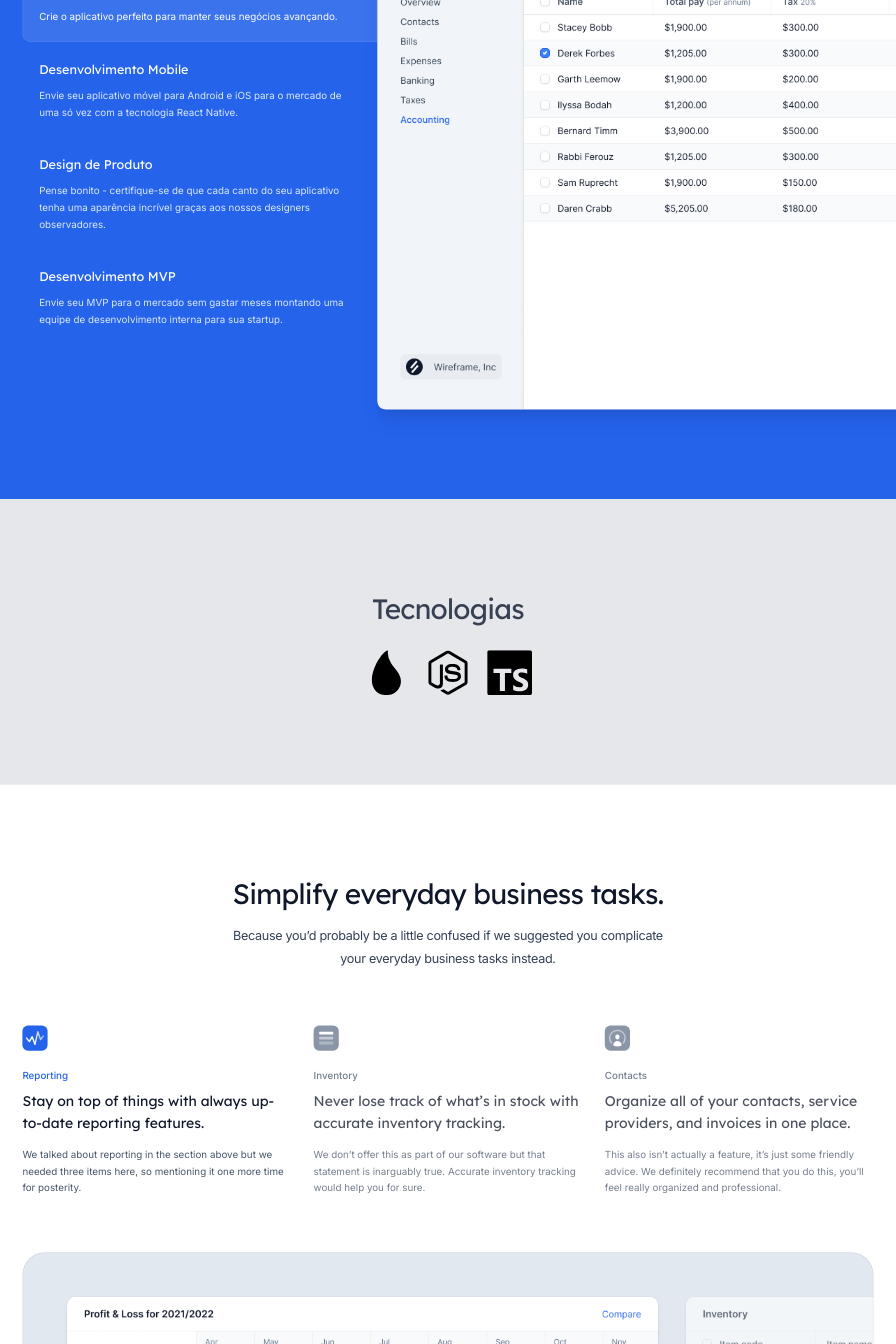
Repository: LuisSempre/imaginative
Page: /
These files come from the project's save history. The page is drawn as it stood at one moment and after the next save; the edit follows.
The browser window is 1280 px wide. The pictures show the part of the page from y = 2350 to 4270 px (the page is 10326 px tall), at 70% of full size.
The project was rebuilt for these pictures with package versions that can differ from the ones it lists, and the page was loaded fresh each time. The framework's server and built-in components were replaced by stand-ins that run in the browser. Also part of the build but not shown: next.config.js.

Above is the page before, as saved 2022-07-15 11:22:56.

### src/pages/index.jsx
import Head from 'next/head'

import { CallToAction } from '@/components/CallToAction'
import { Faqs } from '@/components/Faqs'
import { Footer } from '@/components/Footer'
import { Header } from '@/components/Header'
import { Hero } from '@/components/Hero'
import { Contact } from '@/components/Contact'
import { PrimaryFeatures } from '@/components/PrimaryFeatures'
import { SecondaryFeatures } from '@/components/SecondaryFeatures'
import { Testimonials } from '@/components/Testimonials'
import { Tecnology } from '@/components/Tecnology'

export default function Home() {
  return (
    <>
      <Head>
        <title>TaxPal - Accounting made simple for small businesses</title>
        <meta
          name="description"
          content="Most bookkeeping software is accurate, but hard to use. We make the opposite trade-off, and hope you don’t get audited."
        />
      </Head>
      <Header />
      <main>
        <Hero />
        <PrimaryFeatures />
        <Tecnology />
        <SecondaryFeatures />
        <CallToAction />
        <Testimonials />
        <Contact />
        <Faqs />
      </main>
      <Footer />
    </>
  )
}

### src/components/CallToAction.jsx
import Image from 'next/future/image'

import { Button } from '@/components/Button'
import { Container } from '@/components/Container'
import backgroundImage from '@/images/background-call-to-action.jpg'

export function CallToAction() {
  return (
    <section
      id="get-started-today"
      className="relative overflow-hidden bg-blue-600 py-32"
    >
      <Image
        className="absolute top-1/2 left-1/2 max-w-none -translate-x-1/2 -translate-y-1/2"
        src={backgroundImage}
        alt=""
        width={2347}
        height={1244}
        unoptimized
      />
      <Container className="relative">
        <div className="mx-auto max-w-lg text-center">
          <h2 className="font-display text-3xl tracking-tight text-white sm:text-4xl">
            Get started today
          </h2>
          <p className="mt-4 text-lg tracking-tight text-white">
            It’s time to take control of your books. Buy our software so you can
            feel like you’re doing something productive.
          </p>
          <Button href="/register" color="white" className="mt-10">
            Get 6 months free
          </Button>
        </div>
      </Container>
    </section>
  )
}

### src/components/Faqs.jsx
import Image from 'next/future/image'

import { Container } from '@/components/Container'
import backgroundImage from '@/images/background-faqs.jpg'

const faqs = [
  [
    {
      question: 'Does TaxPal handle VAT?',
      answer:
        'Well no, but if you move your company offshore you can probably ignore it.',
    },
    {
      question: 'Can I pay for my subscription via purchase order?',
      answer: 'Absolutely, we are happy to take your money in all forms.',
    },
    {
      question: 'How do I apply for a job at TaxPal?',
      answer:
        'We only hire our customers, so subscribe for a minimum of 6 months and then let’s talk.',
    },
  ],
  [
    {
      question: 'What was that testimonial about tax fraud all about?',
      answer:
        'TaxPal is just a software application, ultimately your books are your responsibility.',
    },
    {
      question:
        'TaxPal sounds horrible but why do I still feel compelled to purchase?',
      answer:
        'This is the power of excellent visual design. You just can’t resist it, no matter how poorly it actually functions.',
    },
    {
      question:
        'I found other companies called TaxPal, are you sure you can use this name?',
      answer:
        'Honestly not sure at all. We haven’t actually incorporated or anything, we just thought it sounded cool and made this website.',
    },
  ],
  [
    {
      question: 'How do you generate reports?',
      answer:
        'You just tell us what data you need a report for, and we get our kids to create beautiful charts for you using only the finest crayons.',
    },
    {
      question: 'Can we expect more inventory features?',
      answer: 'In life it’s really better to never expect anything at all.',
    },
    {
      question: 'I lost my password, how do I get into my account?',
      answer:
        'Send us an email and we will send you a copy of our latest password spreadsheet so you can find your information.',
    },
  ],
]

export function Faqs() {
  return (
    <section
      id="faq"
      aria-labelledby="faq-title"
      className="relative overflow-hidden bg-slate-50 py-20 sm:py-32"
    >
      <Image
        className="absolute top-0 left-1/2 max-w-none translate-x-[-30%] -translate-y-1/4"
        src={backgroundImage}
        alt=""
        width={1558}
        height={946}
        unoptimized
      />
      <Container className="relative">
        <div className="mx-auto max-w-2xl lg:mx-0">
          <h2
            id="faq-title"
            className="font-display text-3xl tracking-tight text-slate-900 sm:text-4xl"
          >
            Frequently asked questions
          </h2>
          <p className="mt-4 text-lg tracking-tight text-slate-700">
            If you can’t find what you’re looking for, email our support team
            and if you’re lucky someone will get back to you.
          </p>
        </div>
        <ul
          role="list"
          className="mx-auto mt-16 grid max-w-2xl grid-cols-1 gap-8 lg:max-w-none lg:grid-cols-3"
        >
          {faqs.map((column, columnIndex) => (
            <li key={columnIndex}>
              <ul role="list" className="flex flex-col gap-y-8">
                {column.map((faq, faqIndex) => (
                  <li key={faqIndex}>
                    <h3 className="font-display text-lg leading-7 text-slate-900">
                      {faq.question}
                    </h3>
                    <p className="mt-4 text-sm text-slate-700">{faq.answer}</p>
                  </li>
                ))}
              </ul>
            </li>
          ))}
        </ul>
      </Container>
    </section>
  )
}

### src/components/Footer.jsx
import Link from 'next/link'

import { Container } from '@/components/Container'
import { Logo } from '@/components/Logo'
import { NavLink } from '@/components/NavLink'

export function Footer() {
  return (
    <footer className="bg-slate-50">
      <Container>
        <div className="py-16">
          <Logo className="mx-auto h-10 w-auto" />
          <nav className="mt-10 text-sm" aria-label="quick links">
            <div className="-my-1 flex justify-center gap-x-6">
              <NavLink href="#features">Features</NavLink>
              <NavLink href="#testimonials">Testimonials</NavLink>
              <NavLink href="#pricing">Pricing</NavLink>
            </div>
          </nav>
        </div>
        <div className="flex flex-col items-center border-t border-slate-400/10 py-10 sm:flex-row-reverse sm:justify-between">
          <div className="flex gap-x-6">
            <Link
              href="https://twitter.com"
              className="group"
              aria-label="TaxPal on Twitter"
            >
              <svg
                aria-hidden="true"
                className="h-6 w-6 fill-slate-500 group-hover:fill-slate-700"
              >
                <path d="M8.29 20.251c7.547 0 11.675-6.253 11.675-11.675 0-.178 0-.355-.012-.53A8.348 8.348 0 0 0 22 5.92a8.19 8.19 0 0 1-2.357.646 4.118 4.118 0 0 0 1.804-2.27 8.224 8.224 0 0 1-2.605.996 4.107 4.107 0 0 0-6.993 3.743 11.65 11.65 0 0 1-8.457-4.287 4.106 4.106 0 0 0 1.27 5.477A4.073 4.073 0 0 1 2.8 9.713v.052a4.105 4.105 0 0 0 3.292 4.022 4.093 4.093 0 0 1-1.853.07 4.108 4.108 0 0 0 3.834 2.85A8.233 8.233 0 0 1 2 18.407a11.615 11.615 0 0 0 6.29 1.84" />
              </svg>
            </Link>
            <Link
              href="https://github.com"
              className="group"
              aria-label="TaxPal on GitHub"
            >
              <svg
                aria-hidden="true"
                className="h-6 w-6 fill-slate-500 group-hover:fill-slate-700"
              >
                <path d="M12 2C6.477 2 2 6.484 2 12.017c0 4.425 2.865 8.18 6.839 9.504.5.092.682-.217.682-.483 0-.237-.008-.868-.013-1.703-2.782.605-3.369-1.343-3.369-1.343-.454-1.158-1.11-1.466-1.11-1.466-.908-.62.069-.608.069-.608 1.003.07 1.531 1.032 1.531 1.032.892 1.53 2.341 1.088 2.91.832.092-.647.35-1.088.636-1.338-2.22-.253-4.555-1.113-4.555-4.951 0-1.093.39-1.988 1.029-2.688-.103-.253-.446-1.272.098-2.65 0 0 .84-.27 2.75 1.026A9.564 9.564 0 0 1 12 6.844a9.59 9.59 0 0 1 2.504.337c1.909-1.296 2.747-1.027 2.747-1.027.546 1.379.202 2.398.1 2.651.64.7 1.028 1.595 1.028 2.688 0 3.848-2.339 4.695-4.566 4.943.359.309.678.92.678 1.855 0 1.338-.012 2.419-.012 2.747 0 .268.18.58.688.482A10.02 10.02 0 0 0 22 12.017C22 6.484 17.522 2 12 2Z" />
              </svg>
            </Link>
          </div>
          <p className="mt-6 text-sm text-slate-500 sm:mt-0">
            Copyright &copy; {new Date().getFullYear()} TaxPal. All rights
            reserved.
          </p>
        </div>
      </Container>
    </footer>
  )
}

### src/components/Header.jsx
import { Fragment } from 'react'
import Link from 'next/link'
import { Popover, Transition } from '@headlessui/react'
import clsx from 'clsx'
import { Container } from '@/components/Container'
import { Logo } from '@/components/Logo'
import { NavLink } from '@/components/NavLink'

function MobileNavLink({ href, children }) {
  return (
    <Popover.Button as={Link} href={href} className="block w-full p-2">
      {children}
    </Popover.Button>
  )
}

function MobileNavIcon({ open }) {
  return (
    <svg
      aria-hidden="true"
      className="h-3.5 w-3.5 overflow-visible stroke-slate-700"
      fill="none"
      strokeWidth={2}
      strokeLinecap="round"
    >
      <path
        d="M0 1H14M0 7H14M0 13H14"
        className={clsx(
          'origin-center transition',
          open && 'scale-90 opacity-0'
        )}
      />
      <path
        d="M2 2L12 12M12 2L2 12"
        className={clsx(
          'origin-center transition',
          !open && 'scale-90 opacity-0'
        )}
      />
    </svg>
  )
}

function MobileNavigation() {
  return (
    <Popover>
      <Popover.Button
        className="relative z-10 flex h-8 w-8 items-center justify-center [&:not(:focus-visible)]:focus:outline-none"
        aria-label="Toggle Navigation"
      >
        {({ open }) => <MobileNavIcon open={open} />}
      </Popover.Button>
      <Transition.Root>
        <Transition.Child
          as={Fragment}
          enter="duration-150 ease-out"
          enterFrom="opacity-0"
          enterTo="opacity-100"
          leave="duration-150 ease-in"
          leaveFrom="opacity-100"
          leaveTo="opacity-0"
        >
          <Popover.Overlay className="fixed inset-0 bg-slate-300/50" />
        </Transition.Child>
        <Transition.Child
          as={Fragment}
          enter="duration-150 ease-out"
          enterFrom="opacity-0 scale-95"
          enterTo="opacity-100 scale-100"
          leave="duration-100 ease-in"
          leaveFrom="opacity-100 scale-100"
          leaveTo="opacity-0 scale-95"
        >
          <Popover.Panel
            as="div"
            className="absolute inset-x-0 flex flex-col p-4 mt-4 text-lg tracking-tight origin-top bg-white shadow-xl top-full rounded-2xl text-slate-900 ring-1 ring-slate-900/5"
          >
            <MobileNavLink href="#services">Serviços</MobileNavLink>
            <MobileNavLink href="#portifolio">Portfólio</MobileNavLink>
            <MobileNavLink href="#sobre">Sobre</MobileNavLink>
          </Popover.Panel>
        </Transition.Child>
      </Transition.Root>
    </Popover>
  )
}

export function Header() {
  return (
    <header className="py-10">
      <Container>
        <nav className="relative z-50 flex justify-between">
          <div className="flex items-center md:gap-x-12">
            <Link href="#" aria-label="Home">
              <Logo className="w-auto h-10" />
            </Link>
          </div>
          <div className="flex items-center gap-x-5 md:gap-x-8">
            <div className="hidden md:flex">
              <NavLink href="#services">Serviços</NavLink>
              <NavLink href="#portifolio">Portfólio</NavLink>
              <NavLink href="#sobre">Sobre</NavLink>
            </div>
            <div className="-mr-1 md:hidden">
              <MobileNavigation />
            </div>
          </div>
        </nav>
      </Container>
    </header>
  )
}

### src/components/Hero.jsx
import Image from 'next/future/image'

import { Button } from '@/components/Button'
import { Container } from '@/components/Container'
import logoLaravel from '@/images/logos/laravel.svg'
import logoMirage from '@/images/logos/mirage.svg'
import logoStatamic from '@/images/logos/statamic.svg'
import logoStaticKit from '@/images/logos/statickit.svg'
import logoTransistor from '@/images/logos/transistor.svg'
import logoTuple from '@/images/logos/tuple.svg'

export function Hero() {
  return (
    <Container className="pt-20 pb-16 text-center lg:pt-32">
      <h1 className="max-w-4xl mx-auto text-5xl font-medium tracking-tight font-display text-slate-900 sm:text-7xl">
        Construindo{' '}
        <span className="relative text-blue-500 whitespace-nowrap">
          <svg
            aria-hidden="true"
            viewBox="0 0 418 42"
            className="absolute top-2/3 left-0 h-[0.58em] w-full fill-blue-300/70"
            preserveAspectRatio="none"
          >
            <path d="M203.371.916c-26.013-2.078-76.686 1.963-124.73 9.946L67.3 12.749C35.421 18.062 18.2 21.766 6.004 25.934 1.244 27.561.828 27.778.874 28.61c.07 1.214.828 1.121 9.595-1.176 9.072-2.377 17.15-3.92 39.246-7.496C123.565 7.986 157.869 4.492 195.942 5.046c7.461.108 19.25 1.696 19.17 2.582-.107 1.183-7.874 4.31-25.75 10.366-21.992 7.45-35.43 12.534-36.701 13.884-2.173 2.308-.202 4.407 4.442 4.734 2.654.187 3.263.157 15.593-.78 35.401-2.686 57.944-3.488 88.365-3.143 46.327.526 75.721 2.23 130.788 7.584 19.787 1.924 20.814 1.98 24.557 1.332l.066-.011c1.201-.203 1.53-1.825.399-2.335-2.911-1.31-4.893-1.604-22.048-3.261-57.509-5.556-87.871-7.36-132.059-7.842-23.239-.254-33.617-.116-50.627.674-11.629.54-42.371 2.494-46.696 2.967-2.359.259 8.133-3.625 26.504-9.81 23.239-7.825 27.934-10.149 28.304-14.005.417-4.348-3.529-6-16.878-7.066Z" />
          </svg>
          <span className="relative">software inovador</span>
        </span>{' '}
        para você crescer.
      </h1>
      <p className="max-w-2xl mx-auto mt-6 text-xl tracking-tight text-slate-700">
        Desenvolvimento de aplicativos web e mobile
      </p>
      <div className="flex justify-center mt-10 gap-x-6">
        <Button className="px-12 py-4 text-xl" href="#contato">
          Entre em contato
        </Button>
      </div>
      <div className="mt-36 lg:mt-44">
        <p className="text-base font-display text-slate-900">
         Confiado por empresas inovadoras
        </p>
        <ul
          role="list"
          className="flex items-center justify-center mt-8 gap-x-8 sm:flex-col sm:gap-x-0 sm:gap-y-10 xl:flex-row xl:gap-x-12 xl:gap-y-0"
        >
          {[
            [
              { name: 'Transistor', logo: logoTransistor },
              { name: 'Tuple', logo: logoTuple },
              { name: 'StaticKit', logo: logoStaticKit },
            ],
            [
              { name: 'Mirage', logo: logoMirage },
              { name: 'Laravel', logo: logoLaravel },
              { name: 'Statamic', logo: logoStatamic },
            ],
          ].map((group, groupIndex) => (
            <li key={groupIndex}>
              <ul
                role="list"
                className="flex flex-col items-center gap-y-8 sm:flex-row sm:gap-x-12 sm:gap-y-0"
              >
                {group.map((company) => (
                  <li key={company.name} className="flex">
                    <Image src={company.logo} alt={company.name} unoptimized />
                  </li>
                ))}
              </ul>
            </li>
          ))}
        </ul>
      </div>
    </Container>
  )
}

### src/components/Tecnology.jsx
import { Container } from '@/components/Container'
import { FaReact, FaVuejs, FaNodeJs, FaPhoenixFramework } from 'react-icons/fa'
import { SiElixir, SiTypescript } from 'react-icons/si'

export function Tecnology() {
  return (
    <section
      id="get-started-today"
      className="relative py-32 overflow-hidden bg-gray-200"
    >
      <Container className="relative">
        <div className="max-w-lg mx-auto text-center">
          <h2 className="text-3xl tracking-tight text-gray-700 font-display sm:text-4xl">
            Tecnologias
          </h2>
          <div className="flex justify-center mt-8 space-x-6">
          <SiElixir className='w-16 h-16' />
          <FaNodeJs className='w-16 h-16' />
          <SiTypescript  className='w-16 h-16' />
          </div>
        </div>
      </Container>
    </section>
  )
}

### src/components/Button.jsx
import Link from 'next/link'
import clsx from 'clsx'

const baseStyles = {
  solid:
    'group inline-flex items-center justify-center rounded-full py-2 px-4 text-sm font-semibold focus:outline-none focus-visible:outline-2 focus-visible:outline-offset-2',
  outline:
    'group inline-flex ring-1 items-center justify-center rounded-full py-2 px-4 text-sm focus:outline-none',
}

const variantStyles = {
  solid: {
    slate:
      'bg-slate-900 text-white hover:bg-slate-700 hover:text-slate-100 active:bg-slate-800 active:text-slate-300 focus-visible:outline-slate-900',
    blue: 'bg-blue-600 text-white hover:text-slate-100 hover:bg-blue-500 active:bg-blue-800 active:text-blue-100 focus-visible:outline-blue-600',
    white:
      'bg-white text-slate-900 hover:bg-blue-50 active:bg-blue-200 active:text-slate-600 focus-visible:outline-white',
  },
  outline: {
    slate:
      'ring-slate-200 text-slate-700 hover:text-slate-900 hover:ring-slate-300 active:bg-slate-100 active:text-slate-600 focus-visible:outline-blue-600 focus-visible:ring-slate-300',
    white:
      'ring-slate-700 text-white hover:ring-slate-500 active:ring-slate-700 active:text-slate-400 focus-visible:outline-white',
  },
}

export function Button({
  variant = 'solid',
  color = 'slate',
  className,
  href,
  ...props
}) {
  className = clsx(
    baseStyles[variant],
    variantStyles[variant][color],
    className
  )

  return href ? (
    <Link href={href} className={className} {...props} />
  ) : (
    <button className={className} {...props} />
  )
}

### src/components/Logo.jsx
import Image from 'next/image'
import logo from '../images/logos/logo.png'
export function Logo(props) {
  return <Image src={logo}  width={200}  height={32} alt="Picture of the author" />
}

Loaded but not shown: src/pages/_app.jsx (common file); src/pages/_document.jsx (common file); src/styles/tailwind.css (common file); src/components/Container.jsx (common file); src/components/NavLink.jsx (common file); tailwind.config.js (common file); src/components/Contact.jsx (187 lines, source omitted); src/components/SecondaryFeatures.jsx (231 lines, source omitted); src/components/Testimonials.jsx (144 lines, source omitted); src/components/PrimaryFeatures.jsx (157 lines, source omitted)

After the next save:
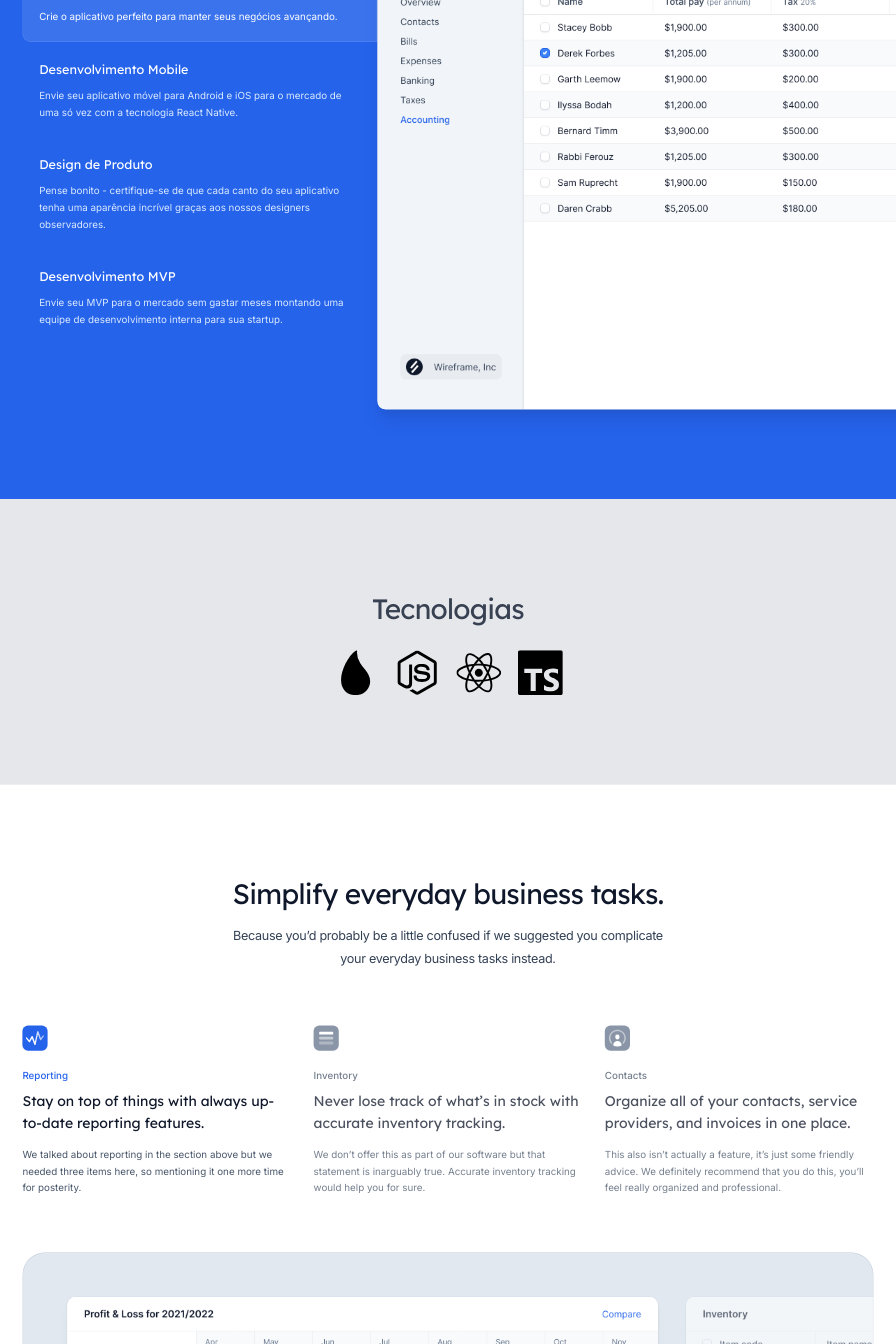
Saved 15 s later.
--- a/src/components/Tecnology.jsx
+++ b/src/components/Tecnology.jsx
@@ -16,6 +16,7 @@
           <div className="flex justify-center mt-8 space-x-6">
           <SiElixir className='w-16 h-16' />
           <FaNodeJs className='w-16 h-16' />
+          <FaReact  className='w-16 h-16' />
           <SiTypescript  className='w-16 h-16' />
           </div>
         </div>
